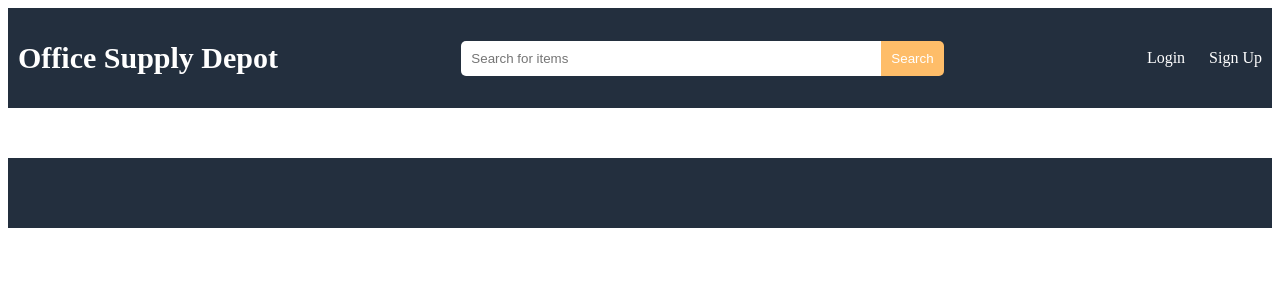
Repository: Minh-John-Le/OfficeSupplyDepot
Page: OfficeSupplyDepotServlet/src/main/webapp/MainPage.html
An editor plug-in stored every save of this project. The page is shown before and after the next save, followed by the edit.
The browser window is 1280 px wide. The pictures show the whole page.

Above is the page before, as saved 2023-03-13 06:08:14.

### OfficeSupplyDepotServlet/src/main/webapp/MainPage.html
<!DOCTYPE html>
<html>
<head>
	<title>Office Supply Depot</title>
	<link rel="stylesheet" type="text/css" href="MainPage.css">
</head>
<body>
	<div class="header">
		<div class="logo">
			<h1>Office Supply Depot</h1>
		</div>
		<div class="search">
			<form>
				<input type="text" placeholder="Search for items">
				<button type="submit">Search</button>
			</form>
		</div>
		<div class="login-signup">
			<a href="#">Login</a>
			<a href="#">Sign Up</a>
		</div>
	</div>
	<div class="content">
		<!-- Add your content here -->
	</div>
	<div class="footer">
		<!-- Add your footer here -->
	</div>
</body>
</html>

### OfficeSupplyDepotServlet/src/main/webapp/MainPage.css
/* Style the header */
.header {
	background-color: #232f3e;
	height: 80px;
	padding: 10px;
	display: flex;
	align-items: center;
	justify-content: space-between;
	color: white;
}

/* Style the logo */
.logo h1 {
	font-size: 30px;
	margin: 0;
}

/* Style the search bar */
.search form {
	display: flex;
	align-items: center;
}

.search input[type=text] {
	width: 400px;
	padding: 10px;
	border: none;
	border-radius: 5px 0 0 5px;
}

.search button[type=submit] {
	background-color: #febd69;
	color: white;
	padding: 10px;
	border: none;
	border-radius: 0 5px 5px 0;
	cursor: pointer;
}

/* Style the login and sign up links */
.login-signup a {
	margin-left: 20px;
	color: white;
	text-decoration: none;
}

/* Style the content */
.content {
	margin-top: 50px;
	/* Add your styles here */
}

/* Style the footer */
.footer {
	background-color: #232f3e;
	height: 50px;
	padding: 10px;
	color: white;
	/* Add your styles here */
}

After the next save:
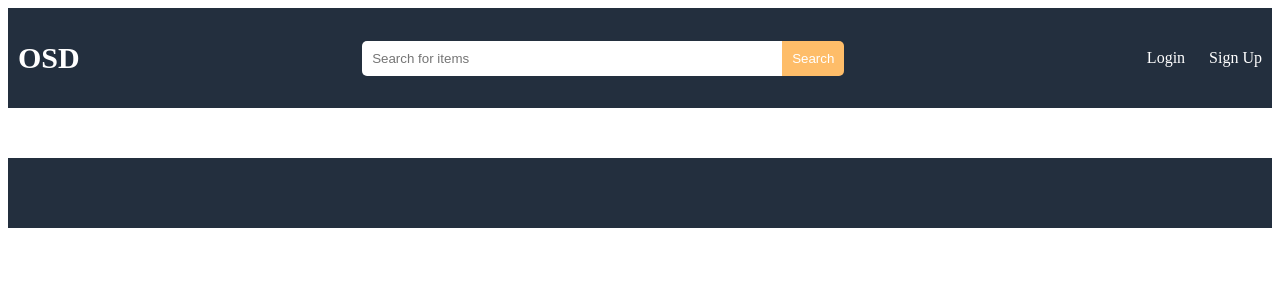
Saved 64 s later.
--- a/OfficeSupplyDepotServlet/src/main/webapp/MainPage.html
+++ b/OfficeSupplyDepotServlet/src/main/webapp/MainPage.html
@@ -7,7 +7,7 @@
 <body>
 	<div class="header">
 		<div class="logo">
-			<h1>Office Supply Depot</h1>
+			<h1>OSD</h1>
 		</div>
 		<div class="search">
 			<form>

After the 3 saves that followed:
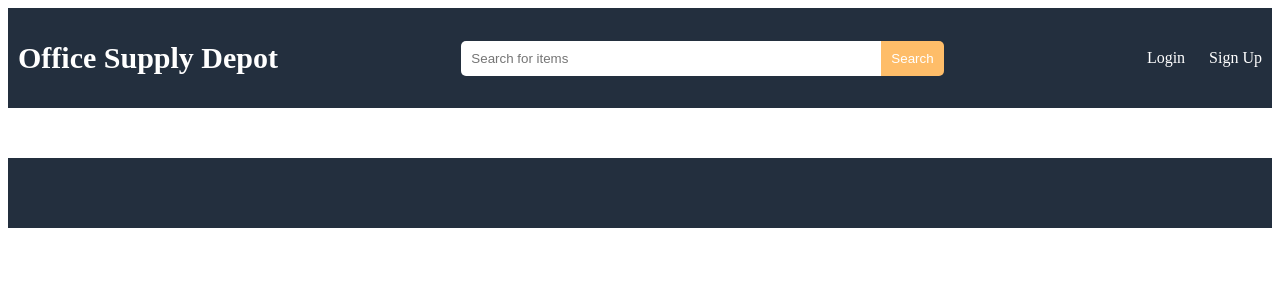
The 3 saves are shown as one change because 2 left the picture as it was.
The last was saved 69 s later.
--- a/OfficeSupplyDepotServlet/src/main/webapp/MainPage.html
+++ b/OfficeSupplyDepotServlet/src/main/webapp/MainPage.html
@@ -7,7 +7,7 @@
 <body>
 	<div class="header">
 		<div class="logo">
-			<h1>OSD</h1>
+			<h1>Office Supply Depot</h1>
 		</div>
 		<div class="search">
 			<form>
@@ -16,10 +16,11 @@
 			</form>
 		</div>
 		<div class="login-signup">
-			<a href="#">Login</a>
-			<a href="#">Sign Up</a>
+			<a href="Login.jsp">Login</a>
+			<a href="SignUp.jsp">Sign Up</a>
 		</div>
 	</div>
+
 	<div class="content">
 		<!-- Add your content here -->
 	</div>
